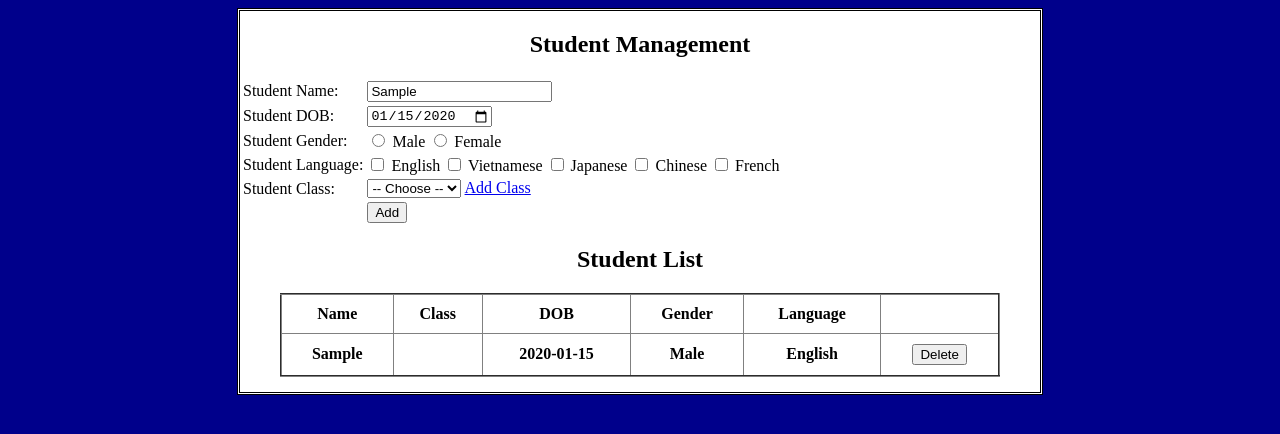
Repository: AnhDuc0125/HTML-Aptech
Page: exam/nextPage.html
These files come from the project's save history. The page is drawn as it stood at one moment and after the next save; the edit follows.
The browser window is 1280 px wide. The pictures show the whole page.
Empty fields were first filled with sample values (such as "Sample", 5 or name@example.com).
After loading, the first visible `button` was clicked once.

Above is the page before, as saved 2021-12-04 19:57:34.

### exam/nextPage.html
<!DOCTYPE html>
<html lang="en">
<head>
    <meta charset="UTF-8">
    <meta http-equiv="X-UA-Compatible" content="IE=edge">
    <meta name="viewport" content="width=device-width, initial-scale=1.0">
    <link rel="stylesheet" href="style1.css">
    <title>Document</title>
</head>
<body>
    <div class="main_body">
        <div class="input">
            <h2>Student Management</h2>
            <form action="">
                <table>
                    <tr>
                        <td class="td-left"><label for="">Student Name:</label></td>
                        <td><input type="text" id="name_id"></td>
                    </tr>
                    <tr>
                        <td class="td-left"><label for="">Student DOB:</label></td>
                        <td><input type="date" id="dob_id"></td>
                    </tr>
                    <tr>
                        <td class="td-left"><label for="">Student Gender:</label></td>
                        <td> <div class="input_container">
                            <input type="radio" name="sex" value="Male" id="gender_id"> Male
                            <input type="radio" name="sex" value="Female" id="gender_id"> Female
                        </div></td>
                    </tr>
                    <tr>
                        <td class="td-left"> <label for="">Student Language:</label></td>
                        <td><div class="input_container">
                            <input type="checkbox" value="English" id="language_id">
                            <label for="language_id">English</label>
                            <input type="checkbox" value="Vietnamese" id="language_id">
                            <label for="language_id">Vietnamese</label>
                            <input type="checkbox" value="Japanese" id="language_id">
                            <label for="language_id">Japanese</label>
                            <input type="checkbox" value="Chinese" id="language_id">
                            <label for="language_id">Chinese</label>
                            <input type="checkbox" value="French" id="language_id">
                            <label for="language_id">French</label>
                        </div></td>
                    </tr>
                    <tr>
                        <td class="td-left"> <label for="">Student Class:</label></td>
                        <td> <div class="input_container">
                            <select name="" id="class_id">
                                <option value="">-- Choose --</option>
                                <option value="c1608g">C1608G</option>
                                <option value="c1208g">C2108L</option>
                            </select>
                            <a href="#" id="add_class" onclick="add_class()">Add Class</a>
                        </div></td>
                    </tr>
                    <tr>
                        <td class="td_left"></td>
                        <td><button type="button" onclick="add_std_list()">Add</button></td>
                    </tr>
                </table>
            </form>
        </div>
        <div class="table_infomation">
            <h2>Student List</h2>
            <table class="table" border="2" cellpadding="10">
                <thead>
                    <tr>
                        <th>Name</th>
                        <th>Class</th>
                        <th>DOB</th>
                        <th>Gender</th>
                        <th>Language</th>
                        <th></th>
                    </tr>
                </thead>
                <tbody id="result">

                </tbody>
            </table>
        </div>
    </div>
    <script>
        function add_class() {
            var new_class = prompt('Input new class name:')
            var class_list = document.getElementById('class_id')
            class_list.innerHTML += (`<option value="${new_class}">${new_class}</option>`)
        }

        function add_std_list() {
            var name = document.getElementById('name_id').value
            var classTag = document.getElementById('class_id').value
            var dob = document.getElementById('dob_id').value
            var gender = document.getElementById('gender_id').value
            var language = document.getElementById('language_id').value

            var fill_list = document.getElementById('result')
            fill_list.innerHTML += (`<tr>
                        <th>${name}</th>
                        <th>${classTag}</th>
                        <th>${dob}</th>
                        <th>${gender}</th>
                        <th>${language}</th>
                        <th><button>Delete</button></th>
                    </tr>`)
        }

        function check_radio() {
            sexTag = document.getElementsByName('sex')
            for (var i = 0, length = radios.length; i < length; i++) {
                if (sexTag[i].checked) {
                    var gender = sexTag[i].value;
                    break;
                }
            }
        }
    </script>
</body>
</html>

### exam/style1.css
body {
    background-color: darkblue;
}

.main_body {
    width: 800px;
    border: double 3px black;
    background-color: white;
    margin: 0 auto;
    text-align: center;
}

td {
    text-align: left;
}

.td_left {
    text-align: right;
}

.table {
    border-collapse: collapse;
    width: 90%;
    margin: 15px auto;
}

After the next save:
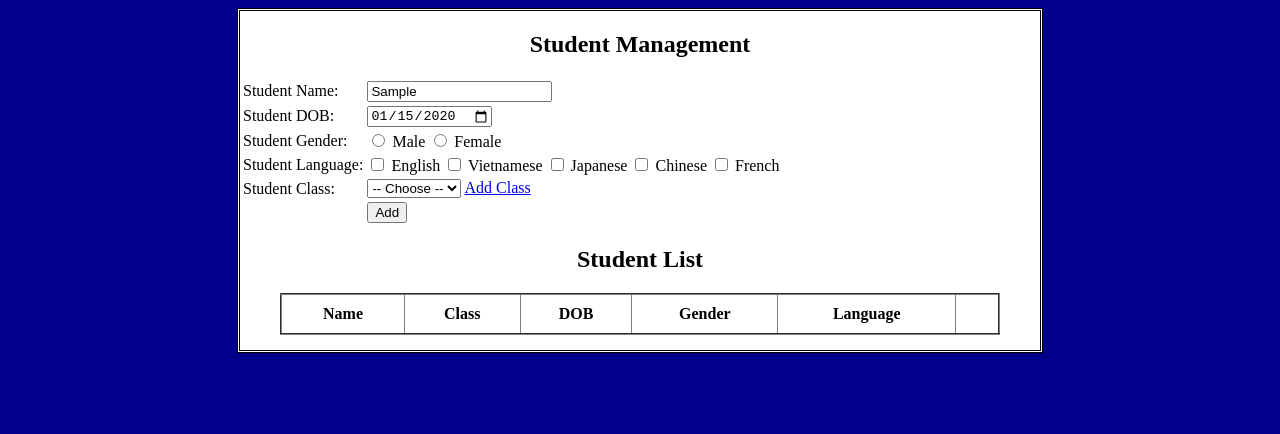
Console error: ReferenceError: radios is not defined
Saved 19 s later.
--- a/exam/nextPage.html
+++ b/exam/nextPage.html
@@ -91,7 +91,8 @@
             var name = document.getElementById('name_id').value
             var classTag = document.getElementById('class_id').value
             var dob = document.getElementById('dob_id').value
-            var gender = document.getElementById('gender_id').value
+            // var gender = document.getElementById('gender_id').value
+            check_radio()
             var language = document.getElementById('language_id').value
 
             var fill_list = document.getElementById('result')

After the 5 saves that followed:
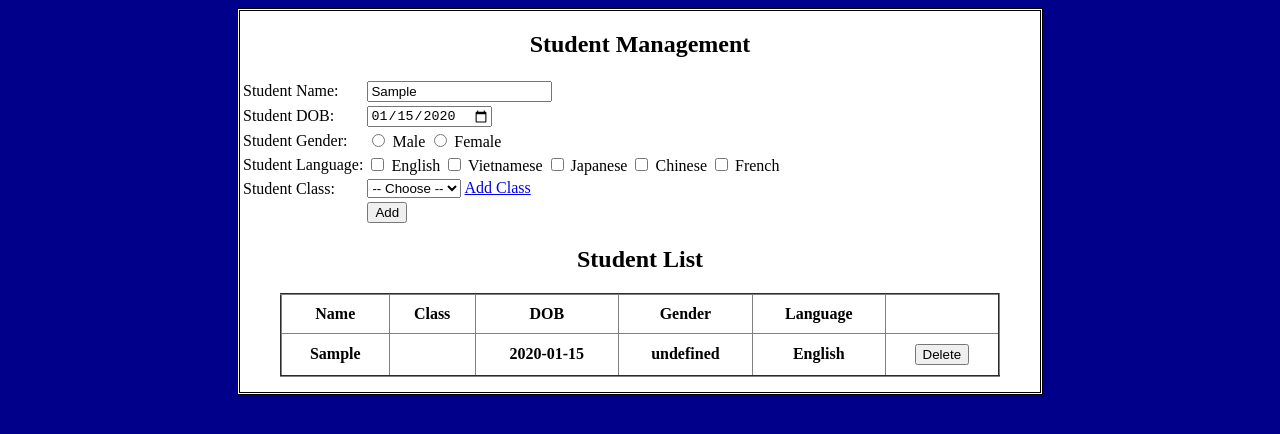
The error is gone.
The 5 saves are shown as one change because 4 left the picture as it was.
The last was saved 3 min 35 s later.
--- a/exam/nextPage.html
+++ b/exam/nextPage.html
@@ -91,8 +91,7 @@
             var name = document.getElementById('name_id').value
             var classTag = document.getElementById('class_id').value
             var dob = document.getElementById('dob_id').value
-            // var gender = document.getElementById('gender_id').value
-            check_radio()
+            var gender = document.getElementsByName('sex').checked
             var language = document.getElementById('language_id').value
 
             var fill_list = document.getElementById('result')
@@ -106,15 +105,6 @@
                     </tr>`)
         }
 
-        function check_radio() {
-            sexTag = document.getElementsByName('sex')
-            for (var i = 0, length = radios.length; i < length; i++) {
-                if (sexTag[i].checked) {
-                    var gender = sexTag[i].value;
-                    break;
-                }
-            }
-        }
     </script>
 </body>
 </html>
